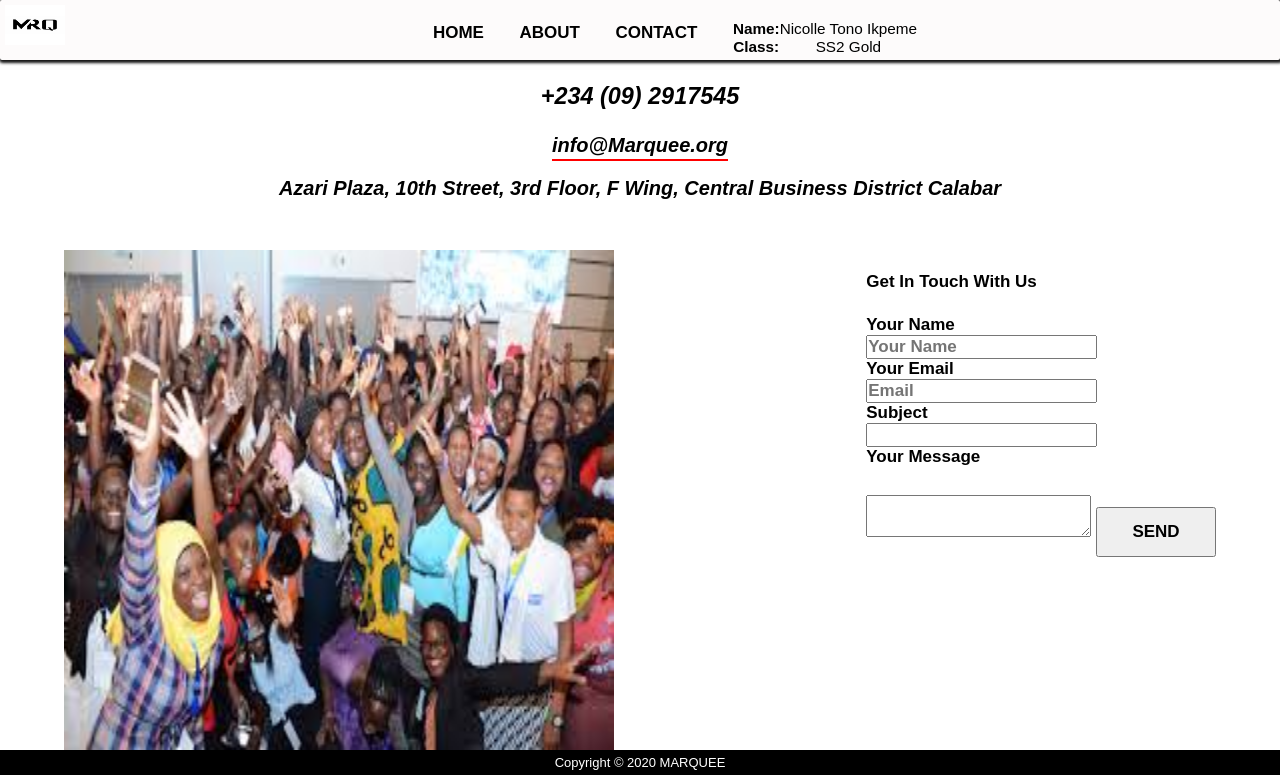
Repository: pboi18/Marquee.org
Page: contact.html
The author's editor kept a copy of each file at every save. The page is drawn from the files as they stood at one save, then again after the next save.
The browser window is 1280 px wide. The pictures show the whole page.

Above is the page before, as saved 2020-07-11 21:36:34.

### contact.html
<!DOCTYPE html>
<html>
    <head>
        <meta charset="utf-8">
        <link rel="icon" type="image/png" sizes="16x16" href="img/logo.png">
        <title>Marquee</title>

        <link rel="stylesheet" href="style.css" >
        <link rel="stylesheet" href="normalize.css" >


    </head>

    <body>
            <nav class="main">

                    <div class="navbar2">

                        <img src="img/logo.png" alt="MARQUEE" class="logo">

                        <ul class="main-nav">
                            <li>
                                <a href="home.html">
                                    Home
                                </a>
                            </li>

                            <li>
                                <a href="about.html">
                                    ABOUT
                                </a>
                            </li>

                            <li>
                                <a href="contact.html">
                                    CONTACT
                                </a>
                            </li>

                            <li>
                                <table class="id">
                                    <tr>
                                        <th>Name:</th>
                                        <td> Nicolle Tono Ikpeme</td>
                                    </tr>

                                    <tr>
                                        <th>Class:</th>
                                        <td> SS2 Gold</td>
                                    </tr>

                                </table>
                            </li>

                        </ul>





                </div>

            </nav>

            <div class="con">
                <div class="contact">
                    <address>
                        <h3>+234 (09) 2917545</h3>
                        <a href="info@Marquee.org" style="text-decoration: none; color: black;
                        font-weight: bold; border-bottom: 2px solid red; padding-bottom: 3px;">
                            info@Marquee.org
                        </a><br>
                        <p style="font-weight: bold;">Azari Plaza, 10th Street, 3rd Floor, F Wing, Central Business District Calabar</p>
                    </address>
                </div>


                <div style="height: 500px;">
                    <img src="img/images.jpg" alt="Happy women" class="image span-1-of-2">

                    <form class="form2 span-1-of-2">
                        <h4 >Get In Touch With Us</h4>
                        <label>Your Name </label>
                        <input type="text" name="Name" placeholder="Your Name" required >
                        <label>Your Email</label>
                        <input type="email"  placeholder="Email" required >
                        <label>Subject</label>
                        <input type="text" >
                        <label>Your Message</label>
                        <textarea ></textarea>
                        <!-- <input type="submit" value="SEND" name="send" style="margin-top: 40px;"> -->

                        <button type="submit" style="margin-top: 40px; width: 120px; height: 50px;">SEND</button>

                    </form>

                </div>
            </div>

        <footer>
            <P style="color: white; text-align: center; margin: 0; font-size: small; padding: 5px;">
                Copyright &copy; 2020 MARQUEE
            </P>
        </footer>
    </body>
</html>

### style.css
* {
    margin: o;
    padding: 0;
    box-sizing: border-box;
}

html {
    background-color: #fff;
    max-width: 100%;
    font-size: 20px;
    font-weight: 300;
    font-family: Arial, Helvetica, sans-serif;
    text-rendering: optimizeLegibility;
}



h1 {
    margin: 0;
}

label {
    display: block;
}

/* header {
    background-image: linear-gradient( rgba(0, 0, 0, 0.4), rgba(0, 0, 0, 0.4)), url(img/home.jpg);
    height: 100vh;
    background-size: cover;
    background-position: center;
} */


.logo {
    height: 40px;
    width: 60px;
    float: left;
    margin: 5px;
}

.main-nav {
    list-style: none;
    margin: auto;
    margin-top: 10px;
    text-align: center;


}

.main-nav li {
    display: inline-block;
    margin: 10px 15px;
    font-size: 85%;

}

.main-nav li a:link,
.main-nav li a:visited {
    color: #000;
    text-decoration: none;
    text-transform: uppercase;
    font-weight: bold;
    padding: 3px 0px;
    border-bottom: 3px solid transparent;
    transition: border-bottom 0.2s;
}

.main-nav li a:hover,
.main-nav li a:active {
    border-bottom: 3px solid rgb(158, 0, 0);
}
.id {
    display: inline-table;
    padding: 10px;
    font-size: 90%;

}

.navbar {
    height: 50px;
    width: 100%;
    display: inline-block;
    border-radius: 2px;
    box-shadow: 0px 3px -1px 2px rgb(190, 189, 189);
    position: fixed;
    background-color: rgb(253, 251, 251);
}

.navbar2 {
    height: 60px;
    width: 100%;
    display: inline-block;
    border-radius: 2px;
    box-shadow: 1px 1px 3px 2px rgb(20, 20, 20);
    /* position: fixed; */
    background-color: rgb(253, 251, 251);
}

.numb {
    border: solid 5px rgb(63, 62, 62);
    text-align: center;
    width: 40px;
    height: 30px;
    align-self: center;
    border-radius: 50%;
    margin: auto;
    background-color: rgb(63, 62, 62);
    color: white;
}
.wup {
    padding-top: 10px;

    background: linear-gradient(180deg, #DF2828 5.21%, rgba(223, 40, 40, 0.427083) 55.73%, rgba(223, 40, 40, 0.427083) 64.06%, rgba(223, 40, 40, 0.427083) 73.44%, rgba(222, 17, 17, 0.427083) 100%, rgba(170, 77, 77, 0) 100%);
}

.cover {
    border-radius: 5px;
    margin: auto;
}

.sec {
    background-color: black;
    height: 250px;
    width: 100%;
    text-align: center;
}



main {
    /* width: 1000px; */
    margin: auto;
}

.con {
    width: 90%;
    margin: auto;
    ;

}
.contact {
    text-align: center;
    margin: auto;
    margin-bottom: 50px;
}
.image {
    width: 550px;
    height: 500px;
    float: left;
}

.form2 {
    float: right;
    text-align: left;
    font-size: 85%;
    font-weight: bold;
}

footer {
    background-color: #000;
}

Loaded but not shown: normalize.css (library)

After the next save:
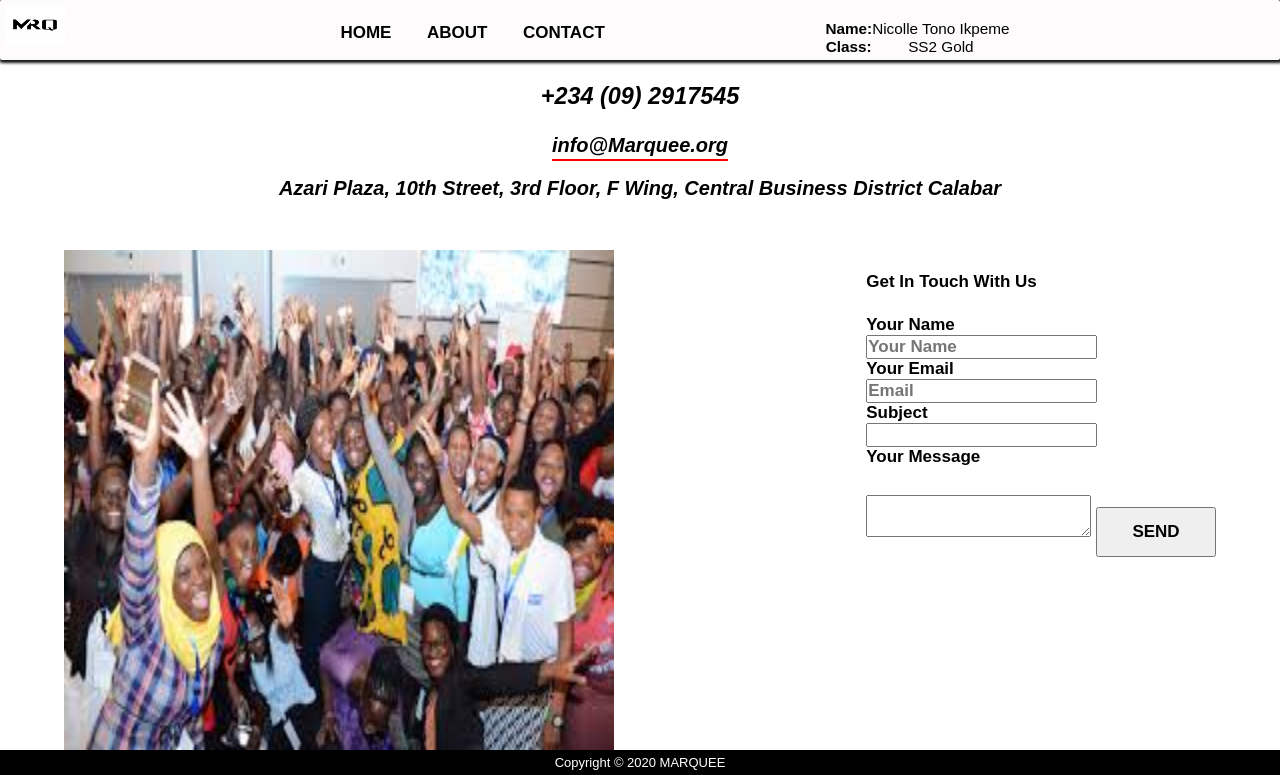
Saved 40 s later.
--- a/contact.html
+++ b/contact.html
@@ -37,7 +37,7 @@
                                 </a>
                             </li>
 
-                            <li>
+                            <li style="margin-left: 200px;">
                                 <table class="id">
                                     <tr>
                                         <th>Name:</th>
